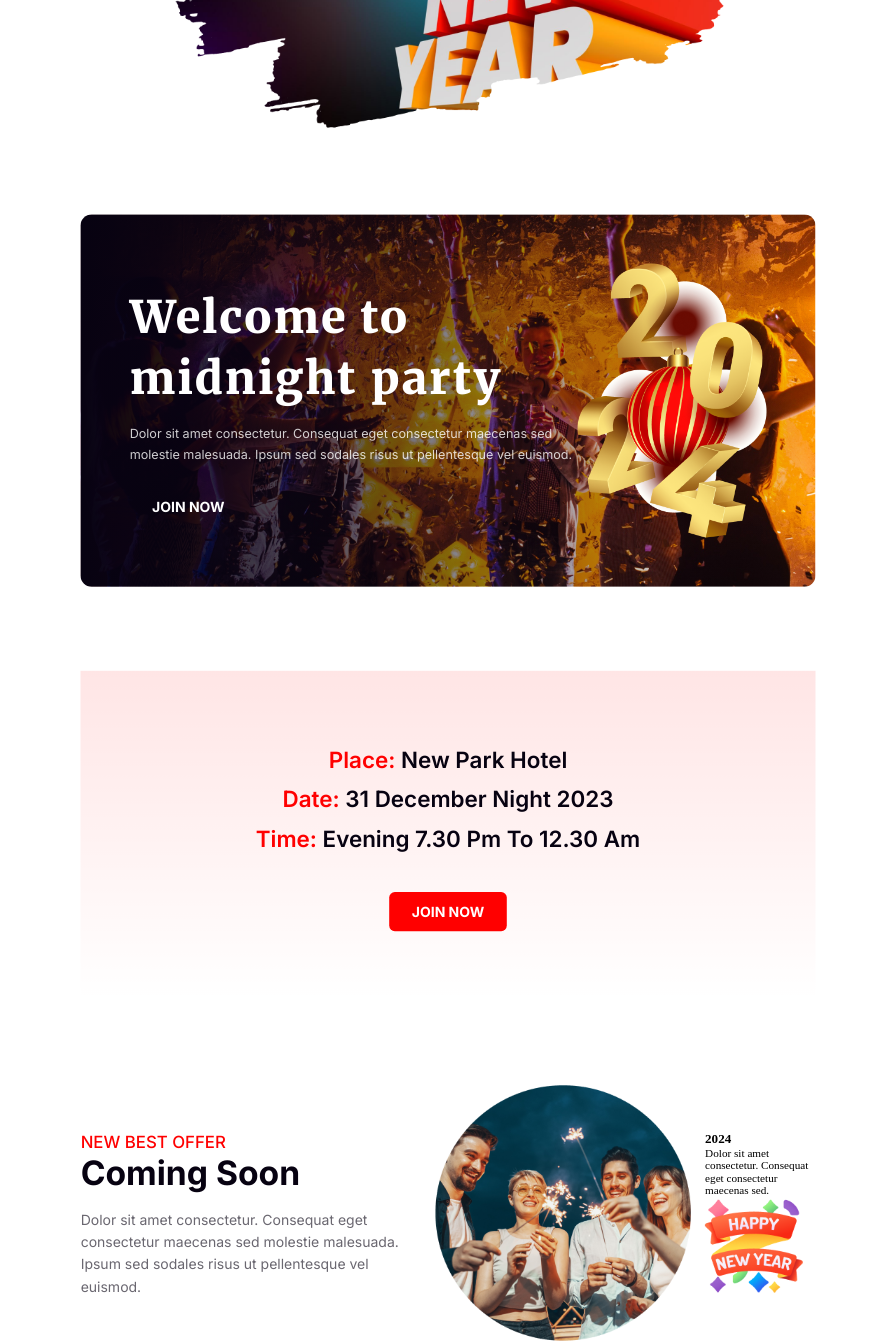
Repository: rahmatahmedrifat/First-Assignment
Page: index.html
The author's editor kept a copy of each file at every save. The page is drawn from the files as they stood at one save, then again after the next save.
The browser window is 1280 px wide. The pictures show the part of the page from y = 1355 to 3275 px (the page is 3275 px tall), at 70% of full size.

Above is the page before, as saved 2024-01-08 14:33:32.

### index.html
<!DOCTYPE html>
<html lang="en">
<head>
    <meta charset="UTF-8">
    <meta name="viewport" content="width=device-width, initial-scale=1.0">
    <!-- Title  -->
    <title>New Year 2024</title>
    <!-- favicon icon linked -->
    <link rel="shortcut icon" href="images/New Year Photo.png" type="image/x-icon">
    <!-- style css linked-->
    <link rel="stylesheet" href="Style/style.css">
</head>
<body>
    <!-- header part  -->
    <header>
        <!-- banner section part -->
        <section id="banner">
            <div class="container">
                <div class="banner-container">
                    <div class="banner-content">
                        <h3 class="celebration">Happy New Year</h3>
                        <h2 class="banner-title">New Year Party Celebration</h2>
                    </div>
                </div>
            </div>
        </section>
    </header>
    <!-- main part -->
    <main>
        <!-- categories section part  -->
            <section id="categories">
                <div class="container">
                    <div class="categories-container">
                        <h2 class="categories-discount">65% OFF</h2>
                        <p class="primary-summery">OUR HOLIDAY DEALS ARE BETTER</p>
                        <h3 class="categories-title">ALL CATEGORIES</h3>
                        <div class="categories-img">
                            <img id="new-year-img" src="images/New Year Photo.png" alt="Happy New Year">
                        </div>
                    </div>
                </div>
            </section>

            <!-- party-banner section part -->
            <section id="party-banner">
                <div class="container">
                    <div class="party-container">
                        <div class="party-content">
                            <h2 class="party-title">Welcome to midnight party</h2>
                            <p class="party-description">Dolor sit amet consectetur. Consequat eget consectetur maecenas sed molestie malesuada. Ipsum sed sodales risus ut pellentesque vel euismod. </p>
                            <button id="join-now-btn">JOIN NOW</button>
                        </div>
                        <img class="party-img" src="images/icon/Group 70.png" alt="party-img">
                    </div>
                </div>
            </section>
            <!-- Announce section part -->
            <section id="announce">
                <div class="container">
                    <div class="announce-content">
                        <h4 class="announce-title"><span class="title-color">Place:</span> New Park Hotel</h4>
                        <h4 class="announce-title"><span class="title-color">Date:</span> 31 December Night 2023</h4>
                        <h4 class="announce-title"><span class="title-color">Time:</span> Evening 7.30 pm to 12.30 am</h4>
                        <button class="announce-btn">Join Now</button>
                    </div>
                </div>
            </section>
            <!-- best offer section part -->
            <section id="best-offer">
                <div class="container">
                    <div class="best-offer-container">
                        <div class="best-offer-content">
                            <p class="primary-summery">NEW BEST OFFER</p>
                            <h3 class="best-offer-title">Coming Soon</h3>
                            <p class="best-offer-description">Dolor sit amet consectetur. Consequat eget consectetur maecenas sed molestie malesuada. Ipsum sed sodales risus ut pellentesque vel euismod. </p>
                        </div>
                        <div class="best-offer-img-content">
                            <img class="best-offer-img" src="images/Ellipse 1.png" alt="best-offer-images">
                        </div>
                        <div class="best-offer-year-content">
                            <h3 class="best-offer-year">2024</h3>
                            <p class="best-offer-escription">Dolor sit amet consectetur. Consequat eget consectetur maecenas sed.</p>
                            <img class="best-offer-year-img" src="images/icon/Group 96.png" alt="best-offer-year-img">
                        </div>
                    </div>
                </div>
            </section>
    </main>
    <!--  footer part -->
    <footer></footer>
</body>
</html>

### Style/style.css
/* import google fonts */
@import url('https://fonts.googleapis.com/css2?family=Inter:wght@100;200;300;400;500;600;700;800;900&family=Merriweather:ital,wght@0,300;0,400;0,700;0,900;1,300;1,400;1,700;1,900&display=swap');

*{
    margin: 0;
    padding: 0;
    outline: 0;
}

.container{
    width: 82%;
    margin: 0 auto;
}
/* primary content */
.primary-summery{
    font-family: Inter;
    font-size: 24px;
    font-style: normal;
    font-weight: 500;
    color: #F00;
    line-height: normal;
}
/* banner section related css style */
#banner{
    margin-top: 30px;
}
.banner-container{
    background-image: linear-gradient(180deg, #070211 0%, rgba(7, 2, 17, 0.00) 100%), url(../images/Banner\ Image.png);
    background-size: cover;
    background-repeat: no-repeat;
    background-position: center;
    border-radius: 16px;
    padding: 177px 0px;
}
.banner-container .banner-content{
    width: 632px;
    margin: 0 auto;
}
.banner-container .banner-content .celebration{
    color: #FFF;
    text-align: center;
    font-family: Merriweather;
    font-size: 32px;
    font-style: normal;
    font-weight: 400;
    line-height: normal;
    margin-bottom: 16px;
    z-index: 99;
}
.banner-container .banner-content .banner-title{
    color: #FFF;
    text-align: center;
    font-family: Merriweather;
    font-size: 72px;
    font-style: normal;
    font-weight: 900;
    line-height: 95px;
}
/* categories section related css style */

#categories{
    margin: 120px 0px;
}
.categories-container{
    text-align: center;
}
.categories-container .categories-discount{
    font-family: Inter;
    font-size: 88px;
    font-style: normal;
    font-weight: 700;
    color: #F00;
    line-height: normal;
    margin-bottom: 48px;
}

.categories-title{
    font-family: Inter;
    font-size: 48px;
    font-style: normal;
    font-weight: 700;
    color: #070211;
    line-height: normal;
    margin-bottom: 48px;
}
.categories-container .categories-img{
    width: 800px;
    margin: 0 auto;
}
.categories-img #new-year-img{
    max-width: 100%;
}

/* party-banner section css style  */
#party-banner{

}
.party-container{
    background-image: linear-gradient(90deg, #070211 0%, rgba(7, 2, 17, 0.00) 100%), url(../images/Vectorrr.png);
    background-position: center;
    background-repeat: no-repeat;
    background-size: cover;
    display: flex;
    align-items: center;
    justify-content: space-between;
    border-radius: 16px;
    padding: 70px 70px;
}
.party-container .party-content{
    width: 900px;
}
.party-content .party-title{
    font-family: Merriweather;
    font-size: 64px;
    font-style: normal;
    font-weight: 900;
    color: #FFF;
    line-height: 88px;
    letter-spacing: 3px;
}
.party-content .party-description{
    font-family: Inter;
    font-size: 18px;
    font-style: normal;
    font-weight: 400;
    color: rgba(255, 255, 255, 0.80);
    line-height: 30px;
    margin-top: 20px;
}
#join-now-btn{
    font-family: Inter;
    font-size: 20px;
    font-style: normal;
    font-weight: 700;
    color: #FFF;
    background: transparent;
    line-height: normal;
    text-transform: uppercase;
    border: none;
    cursor: pointer;
    margin-top: 48px;
    margin-left: 32px;
}
.party-container .party-img{
    width: 270px;
    max-width: 100%;
}

/* Announce section css style */

#announce{
    margin: 120px 0px;
}
.announce-content{
    background: linear-gradient(180deg, rgba(255, 0, 0, 0.10) 0%, rgba(255, 0, 0, 0.00) 100%);
    padding: 100px 0;
    text-align: center;
}
.announce-content .announce-title{
    color: #070211;
    font-family: Inter;
    font-size: 32px;
    font-style: normal;
    font-weight: 600;
    line-height: 56px;
    text-transform: capitalize;
}
.announce-content .announce-title .title-color{
    color: #F00;
}
.announce-btn{
    font-family: Inter;
    font-size: 20px;
    font-style: normal;
    font-weight: 700;
    line-height: normal;
    color: #FFF;
    text-align: center;
    text-transform: uppercase;
    border-radius: 8px;
    background: #F00;
    padding: 16px 32px;
    border: none;
    cursor: pointer;
    transition: all ease 0.5s;
    margin-top: 48px;
}
.announce-btn:hover{
    background: #fff;
    color: #f00;
    outline: 1px solid #F00;
}
/* best-offer section style css */

.best-offer-title{
    font-family: Inter;
    font-size: 48px;
    font-style: normal;
    font-weight: 700;
    color: #070211;
    line-height: normal;
}
.best-offer-description{
    font-family: Inter;
    font-size: 20px;
    font-style: normal;
    font-weight: 400;
    color: rgba(7, 2, 17, 0.60);
    line-height: 32px;
    margin-top: 22px;
}
.best-offer-container{
    display: flex;
    align-items: center;
    gap: 20px;
}
.best-offer-content{
    max-width: 600px;
}
.best-offer-img-content{
    width: 463px;
}
.best-offer-year-img{
    max-width: 100%
}
.best-offer-year{
    width: ;
}

After the next save:
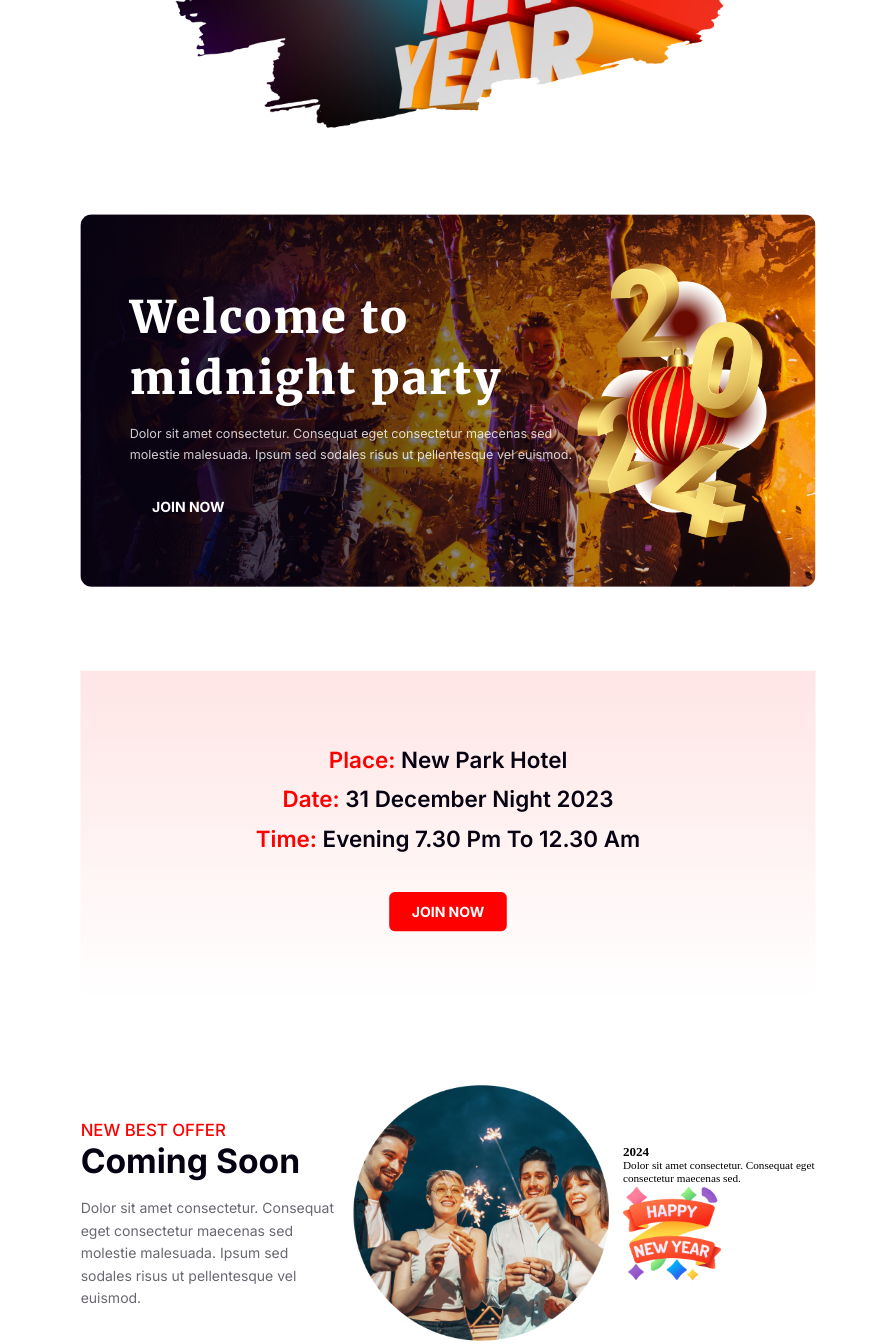
Saved 35 s later.
--- a/Style/style.css
+++ b/Style/style.css
@@ -215,7 +215,7 @@
     gap: 20px;
 }
 .best-offer-content{
-    max-width: 600px;
+    width: 600px;
 }
 .best-offer-img-content{
     width: 463px;
